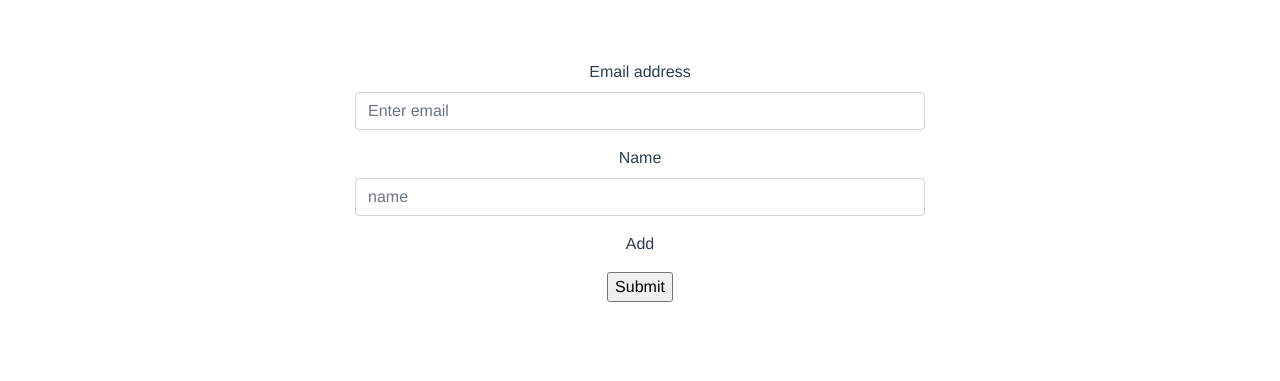
Repository: rupeshpawar93/vue-profile
Page: /company-form
These files come from the project's save history. The page is drawn as it stood at one moment and after a run of saves; the edit follows.
The browser window is 1280 px wide. The pictures show the whole page.
The project was rebuilt for these pictures with package versions that can differ from the ones it lists, and the page was loaded fresh each time. Also part of the build but not shown: webpack.config.js, src/components/Portfolio.vue, src/components/PortfolioDetail.vue, src/components/Mycart.vue.

Above is the page before, as saved 2019-11-05 13:33:52.

### index.html
<!DOCTYPE html>
<html lang="en">
  <head>
    <meta charset="utf-8">
    <title>Portfolio Manager</title>
  </head>
  <body>
    <div id="app"></div>
    <script src="/dist/build.js"></script>
  </body>
</html>

### src/main.js
import Vue from 'vue'
import BootstrapVue from 'bootstrap-vue'
import 'bootstrap/dist/css/bootstrap.css'
import 'bootstrap-vue/dist/bootstrap-vue.css'
import App from './App'
import router from './router'
import { store } from './store/store.js'

Vue.use(BootstrapVue)

Vue.config.productionTip = false

new Vue({
	el: '#app',
	router,
	store,
	template: '<App/>',
	components: { App }
})

### src/App.vue
<template>
  <div id="app">
    <router-view></router-view>
  </div>
</template>

<script>
	export default {
	  name: 'app'
	}
</script>


<style>
	#app {
		font-family: 'Avenir', Helvetica, Arial, sans-serif;
		-webkit-font-smoothing: antialiased;
		-moz-osx-font-smoothing: grayscale;
		text-align: center;
		color: #2c3e50;
		margin-top: 60px;
	}

	h1, h2 {
		font-weight: normal;
	}
</style>

### src/router/index.js
import Vue from 'vue'
import Router from 'vue-router'
import Portfolio from '@/components/Portfolio'
import PortfolioDetail from '@/components/PortfolioDetail'
import MyCart from '@/components/Mycart'
import Company from '@/components/Company'
Vue.use(Router)

export default new Router({
    mode: 'history',
    routes: [
        {
            path: '/',
            name: 'Portfolio',
            component: Portfolio
        },
        {
            path: '/portfolio/detail',
            name: 'mycart',
            component: MyCart,
            props:true
        },
        {
            path:'/company-form',
            name: 'company',
            component: Company
        }
    ]
})

### src/store/store.js
import Vue from 'vue'
import Vuex from 'vuex'

Vue.use(Vuex)
export const store = new Vuex.Store({
    state: {
        myshare:0,
        sharePrice:0
    },
    mutations: {
        increment(state,flag) {
            ++state.myshare
        },
        decrement(state,flag) {
            --state.myshare
        },
        addPrice(state,price) {
            state.sharePrice=state.sharePrice+price
        },
        minusPrice(state,price) {
            state.sharePrice=state.sharePrice-price
        }
    },
    actions: {
        addIncrement(context,flag) {
            if(flag){
                context.commit('increment')
            } else {
                context.commit('decrement')
            }
        },
        addPriceValue(context,[flag,price]) {
            if(flag) {
                context.commit('addPrice',price)
            } else {
                context.commit('minusPrice',price)
            }
        }
    }
});

### src/components/Company.vue
<template>
    <div>
        <h3>{{company}}</h3>
        <form class="container" @submit.prevent="checkForm">
            <div v-for="(item,index) in items" v-bind:key="index">
                <div class="form-group">
                    <label for="exampleInputEmail1">Email address</label>
                    <input type="email" class="form-control"  aria-describedby="emailHelp" v-model="items.email" placeholder="Enter email">
                </div>
                <div class="form-group">
                    <label for="exampleInputPassword1">Name</label>
                    <input type="text" class="form-control" id="exampleInputPassword1" placeholder="name" v-model="items.name">
                </div>
                <p @click="addnew">Add</p>
            </div>
             <div class="form-group">
                <input type="submit" value="Submit">
            </div>
        </form>
    </div>
</template>
<style scoped>
    .container {
        width:600px;
        margin: 0 auto;
    }
</style>>

</style>
<script>
export default {
    name: 'Company',
    data() {
        return {
            company:'',
            items:[{name:'',email:''}]
        }
    },
    created() {
        this.company = this.$route.params.item.Company
    },
    methods: {
        checkForm() {
            console.log(this.items)
        },
        addnew() {
            this.items.push([
              {  email:'',
                name:''
            }])
        }
    },
    mounted() {

    }
}
</script>

After the next 2 saves:
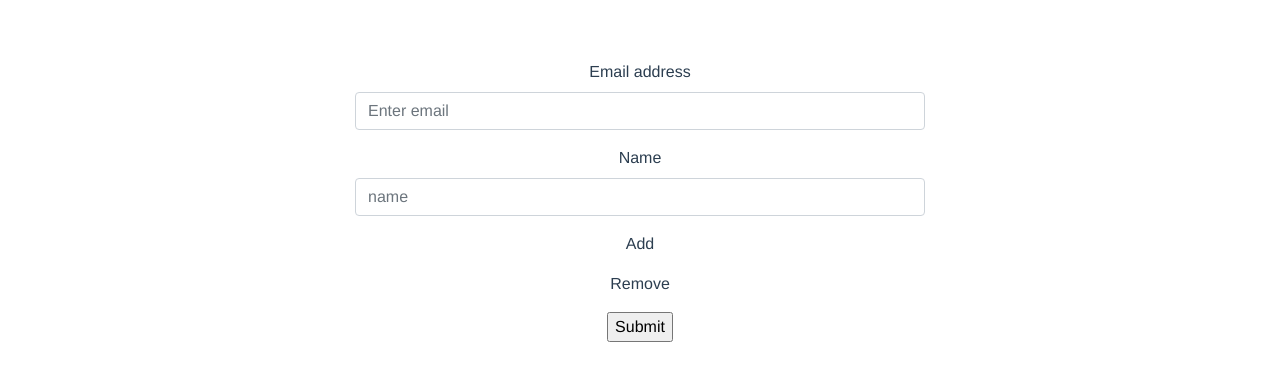
The 2 saves are shown as one change because they came seconds apart.
The last was saved 77 min 10 s later.
--- a/src/components/Company.vue
+++ b/src/components/Company.vue
@@ -11,8 +11,9 @@
                     <label for="exampleInputPassword1">Name</label>
                     <input type="text" class="form-control" id="exampleInputPassword1" placeholder="name" v-model="items.name">
                 </div>
-                <p @click="addnew">Add</p>
             </div>
+             <p @click="addnew">Add</p>
+              <p @click="remove">Remove</p>
              <div class="form-group">
                 <input type="submit" value="Submit">
             </div>
@@ -41,7 +42,7 @@ export default {
     },
     methods: {
         checkForm() {
-            console.log(this.items)
+            console.log(this.items )
         },
         addnew() {
             this.items.push([
